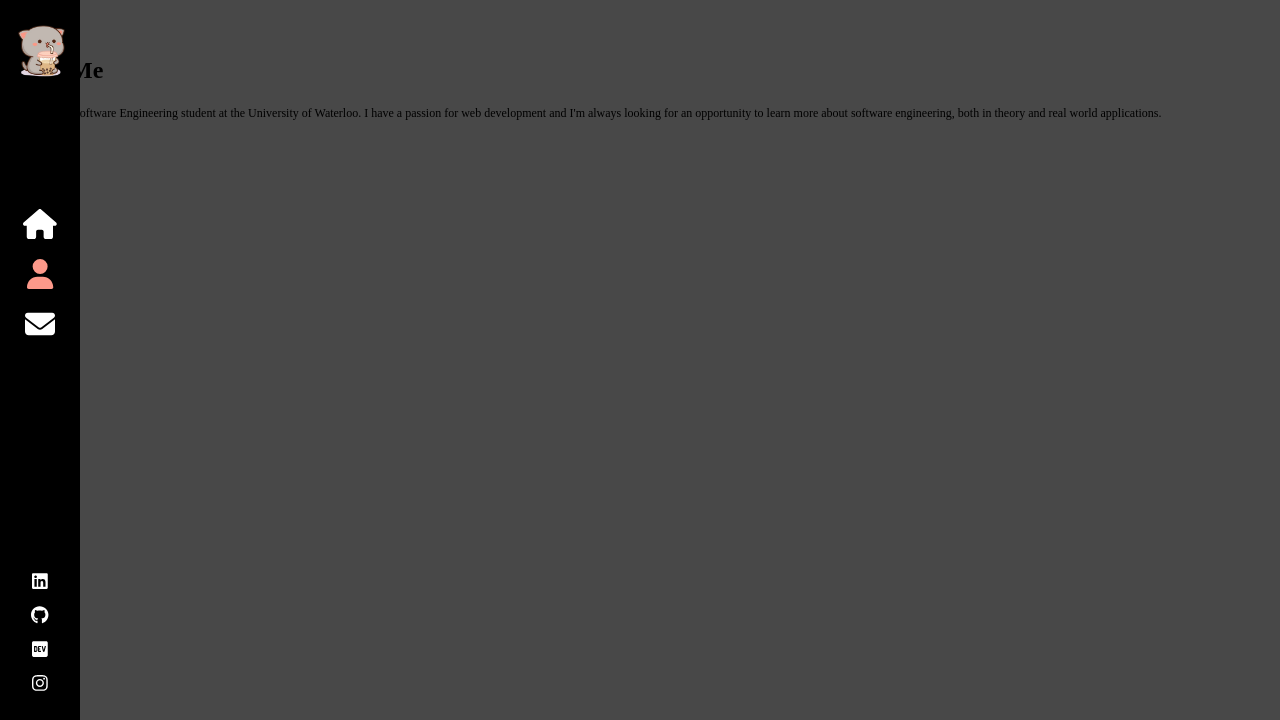
Repository: emilywcai/emilywcai.github.io
Page: /about (app in personal-portfolio/)
An editor plug-in stored every save of this project. The page is shown before and after a run of saves, followed by the edit.
The browser window is 1280 px wide. The pictures show the whole page.
The project was rebuilt for these pictures with package versions that can differ from the ones it lists, and the page was loaded fresh each time. Also part of the build but not shown: personal-portfolio/src/components/AnimatedLetters/index.scss, personal-portfolio/src/components/Home/Logo/index.scss, personal-portfolio/src/components/Home/Logo/index.js, personal-portfolio/src/components/Home/index.scss, personal-portfolio/src/components/Home/index.js, personal-portfolio/src/components/About/index.scss.

Above is the page before, as saved 2022-08-05 10:40:26.

### personal-portfolio/src/index.js
import React from 'react'
import ReactDOM from 'react-dom'
import reportWebVitals from './reportWebVitals'
import { BrowserRouter } from 'react-router-dom'
import App from './App'
import './index.css'

ReactDOM.render(
  <React.StrictMode>
    <BrowserRouter>
      <App />
    </BrowserRouter>
    ,
  </React.StrictMode>,
  document.getElementById('root')
)

// If you want to start measuring performance in your app, pass a function
// to log results (for example: reportWebVitals(console.log))
// or send to an analytics endpoint. Learn more: https://bit.ly/CRA-vitals
reportWebVitals();

### personal-portfolio/src/App.js
import React from 'react'
import './App.scss'
import { Routes, Route } from 'react-router-dom'
import Layout from './components/Layout'
import Home from './components/Home'
import About from './components/About'

function App() {
  return (
    <>
      <Routes>
        <Route path="/" element={<Layout />}>
          <Route index element={<Home />} />
          <Route path="about" element={<About />} />
        </Route>
      </Routes>
    </>
  )
}

export default App

### personal-portfolio/src/index.css
html {
  font-size: 65%;
}

body {
  margin: 0;
  font: 300 12px/1.5 "DejaVuSans", "sans-serif";
  color: #000000;
  background: 	#484848;
  overflow: block;
  -webkit-font-smoothing: antialiased;
  -moz-osx-font-smoothing: grayscale;
}

### personal-portfolio/src/App.scss
$primary-color: #fd998a;

@import 'animate.css';

@font-face {
  font-family: "Raleway-Regular";
  src: url("./assets/Raleway-Regular.ttf") format("ttf");
  font-weight: normal;
  font-style: normal;
}

@font-face {
  font-family: "DejaVuSans";
  src: url("./assets/DejaVuSans.ttf") format("ttf");
  font-weight: normal;
  font-style: normal;
}

@font-face {
  font-family: "Allura-Regular";
  src: url("./assets/Allura-Regular.otf") format("otf");
  font-weight: normal;
  font-style: normal;
}

input,
textarea {
  font-family: "Raleway-Regular";
}

### personal-portfolio/src/components/Layout/index.js
import './index.scss'
import Sidebar from '../Sidebar'
import { Outlet } from 'react-router-dom'

const Layout = () => {
    return (
    <div className="App">
        <Sidebar />
        <div className="page">
        <span className="tags top-tags"></span>

        <Outlet />
        <span className="tags bottom-tags">
          <br />
          <span className="bottom-tag-html"></span>
        </span>
      </div>
    </div>
    )
}

export default Layout

### personal-portfolio/src/components/About/index.js
import AnimatedLetters from '../AnimatedLetters'
import './index.scss'

const About = () => {
    return (
        <div className="container about-page">
            <div className="text-zone">
                <h1>
                    <AnimatedLetters
                        strArray={['A', 'b', 'o', 'u', 't', ' ', 'M', 'e']}
                        idx={15}
                    />
                </h1>

                <p>
                    I'm currently a Software Engineering student at the University of Waterloo.
                    I have a passion for web development and I'm always looking for an opportunity
                    to learn more about software engineering, both in theory and real world applications.
                </p>

                <p>

                </p>
            </div>
        </div>
    )
}

export default About

### personal-portfolio/src/components/Layout/index.scss
.page {
    width: 100%;
    height: 100%;
    position: absolute;
  }

.top-tags {
  bottom: auto;
  top: 35px;
}

.tags {
  color: #fff;
  opacity: 0.6;
  position: absolute;
  bottom: 0;
  left: 120px;
  font-size: 22px;
  font-family: "Allura-Regular", cursive;
}

.bottom-tag-html {
  margin-left: -20px;
}

.container {
  width: 100%;
  will-change: contents;
  height: 90%;
  min-height: 566px;
  position: absolute;
  opacity: 0;
  top: 5%;
  margin: 0 auto;
  z-index: 1;
  transform-style: preserve-3d;
  animation: fadeIn 1s forwards;
  animation-delay: 1s;
}

### personal-portfolio/src/components/Sidebar/index.js
import './index.scss'
import Logo from '../../assets/ProfileNoBg.png'
import { FontAwesomeIcon } from '@fortawesome/react-fontawesome'
import { faHome, faUser, faEnvelope } from '@fortawesome/free-solid-svg-icons'
import { Link, NavLink } from 'react-router-dom'
import {
  faLinkedin,
  faGithub,
  faDev,
  faInstagram,
} from '@fortawesome/free-brands-svg-icons'

const Sidebar = () => {
  return (
    <div className="nav-bar">
        <Link className="logo" to="/">
            <img src={Logo} alt="profile logo" />
        </Link>

        <nav>
        <NavLink exact="true" activeclassname="active" to="/">
          <FontAwesomeIcon icon={faHome} color="#ffffff" />
        </NavLink>

        <NavLink exact="true" activeclassname="active" className="about-link" to="/about">
          <FontAwesomeIcon icon={faUser} color="#ffffff" />
        </NavLink>

        <NavLink exact="true" activeclassname="active" className="contact-link" to="/contact">
          <FontAwesomeIcon icon={faEnvelope} color="#ffffff" />
        </NavLink>
      </nav>

      <ul>
        <li>
          <a
            target="_blank"
            rel="norefferer"
            href="https://www.linkedin.com/in/emilywcai/"
          >
            <FontAwesomeIcon icon={faLinkedin} color="#ffffff" />
          </a>
        </li>
        <li>
          <a
            target="_blank"
            rel="norefferer"
            href="https://github.com/emilywcai"
          >
            <FontAwesomeIcon icon={faGithub} color="#ffffff" />
          </a>
        </li>
        <li>
          <a
            target="_blank"
            rel="norefferer"
            href="https://devpost.com/emilywcai"
          >
            <FontAwesomeIcon icon={faDev} color="#ffffff" />
          </a>
        </li>
        <li>
          <a
            target="_blank"
            rel="norefferer"
            href="https://www.instagram.com/emilyw.cai/"
          >
            <FontAwesomeIcon icon={faInstagram} color="#ffffff" />
          </a>
        </li>
      </ul>
    </div>
  )
}

export default Sidebar

### personal-portfolio/src/components/AnimatedLetters/index.js
import './index.scss'

const AnimatedLetters = ({ letterClass, strArray, idx }) => {
    return (
        <span>
            {
                strArray.map((char, i) =>(
                    <span key={char + i} className={`${letterClass} _${i + idx}`}>
                        {char}
                    </span>
                ))
            }
        </span>
    )
};

export default AnimatedLetters

### personal-portfolio/src/components/Sidebar/index.scss
.nav-bar {
    background: #000000;
    width: 80px;
    height: 100%;
    position: absolute;
    top: 0;
    z-index: 3;
    min-height: 500px;

    .logo {
      display: block;
      padding: 8px 0;

        img {
            display: block;
            margin: 8px auto;
            width: 80%;
            height: auto;
      }
    }

    nav {
      display: block;
      text-align: center;
      position: absolute;
      height: 210px;
      top: 50%;
      margin-top: -160px;
      width: 100%;

      a {
        font-size: 30px;
        color: #ffffff;
        display: block;
        line-height: 50px;
        height: 50px;
        position: relative;
        text-decoration: none;

        i {
          transition: all 0.3s ease;
        }

        &:hover {
          color: #fd998a;

          svg {
            opacity: 0;
          }

          &:after {
            opacity: 1;
          }
        }

        &:after {
          content: '';
          font-size: 12px;
          letter-spacing: 2px;
          position: absolute;
          bottom: 0;
          display: block;
          width: 100%;
          text-align: center;
          opacity: 0;
          transition: all 0.3s ease;
        }

        &:first-child {
          &:after {
            content: 'HOME';
          }
        }
      }

      a.about-link {
        &:after {
          content: 'ABOUT';
        }
      }

      a.contact-link {
        &:after {
          content: 'CONTACT';
        }
      }

      a.active {
        svg {
          color: #fd998a;
        }
      }
    }

    ul {
      position: absolute;
      bottom: 20px;
      width: 100%;
      display: block;
      padding: 0;
      list-style: none;
      text-align: center;
      margin: 0;

    li {
      a {
        padding: 8px 0;
        display: block;
        font-size: 18px;
        line-height: 16px;

        &:hover svg {
          color: #fd998a;
        }
      }
    }
  }
}

Loaded but not shown: personal-portfolio/public/index.html (common file); personal-portfolio/src/reportWebVitals.js (common file)

After the next 2 saves:
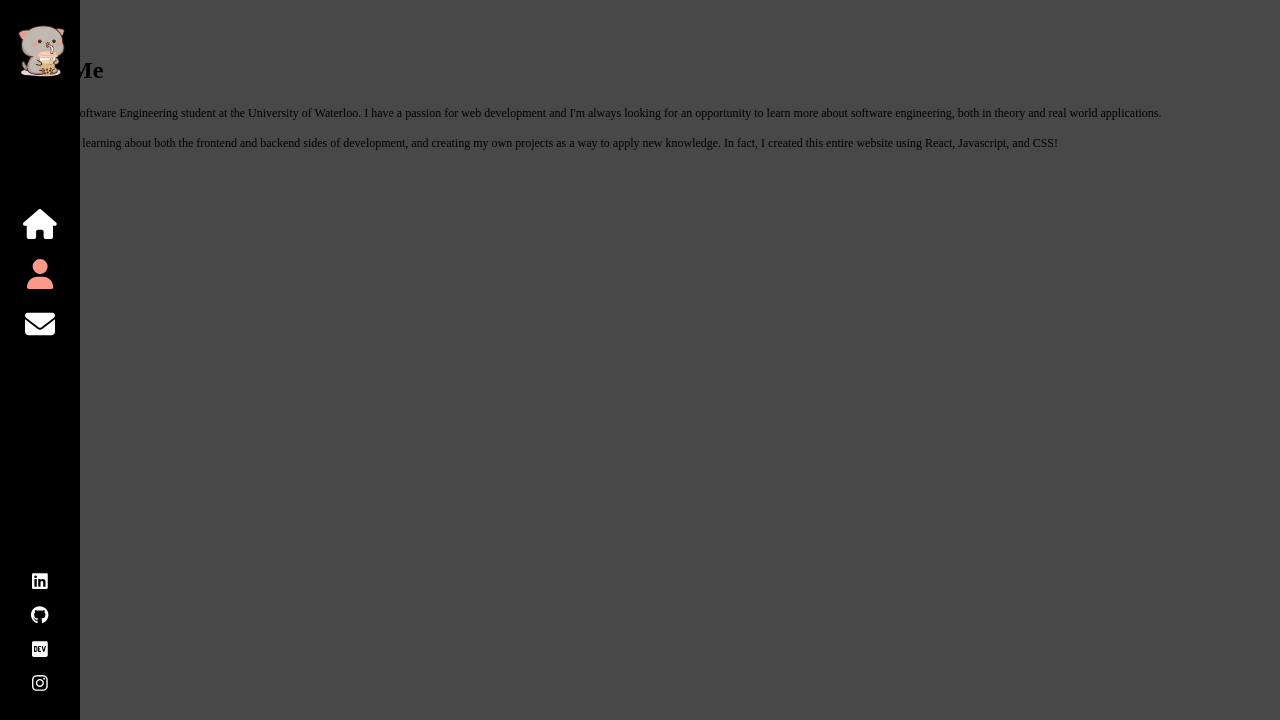
The 2 saves are shown as one change because they came seconds apart.
The last was saved 8 s later.
--- a/personal-portfolio/src/components/About/index.js
+++ b/personal-portfolio/src/components/About/index.js
@@ -17,7 +17,7 @@ const About = () => {
                     I have a passion for web development and I'm always looking for an opportunity
                     to learn more about software engineering, both in theory and real world applications.
                 </p>
-
+                I’m interested in learning about both the frontend and backend sides of development, and creating my own projects as a way to apply new knowledge. In fact, I created this entire website using React, Javascript, and CSS!
                 <p>
 
                 </p>
